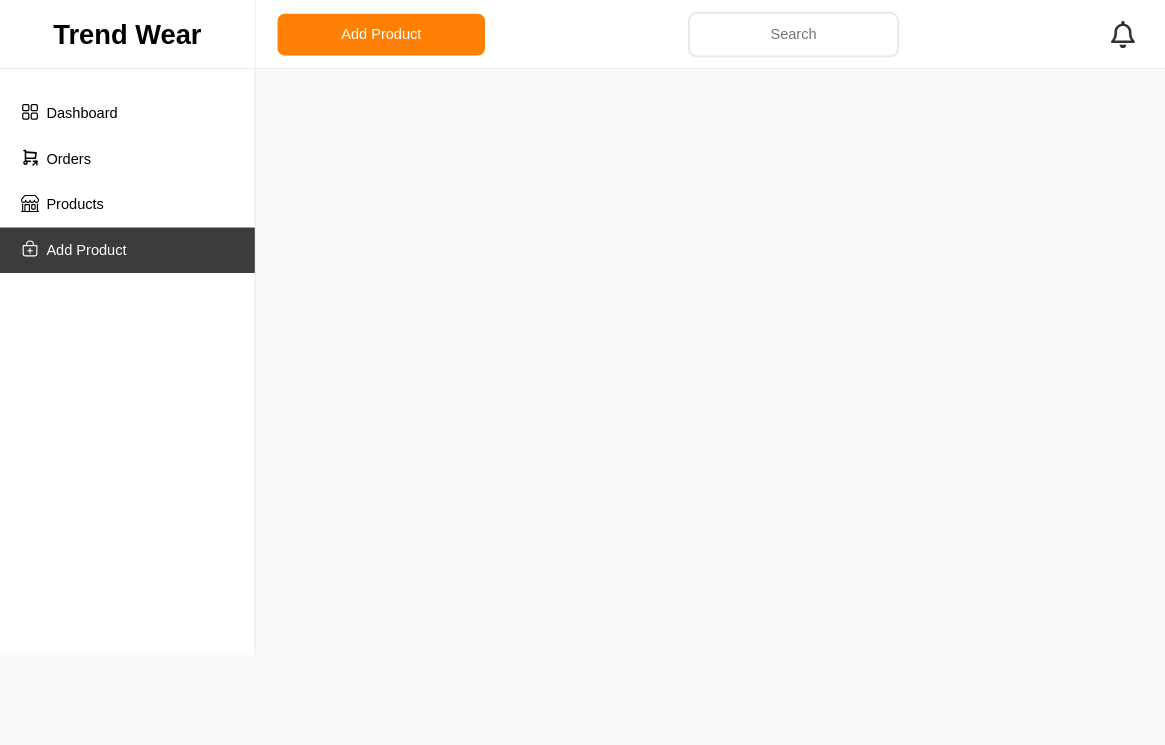
Repository: ahmad-dev7/TrendWear
Page: / (app in trend_wear_dashboard/), after clicking the first element matching `#sidebar-content > :nth-child(4)`
An editor plug-in stored every save of this project. The page is shown before and after the next save, followed by the edit.
The browser window is 1280 px wide. The pictures show the whole page, at 91% of full size.
The project was rebuilt for these pictures with package versions that can differ from the ones it lists, and the page was loaded fresh each time. Also part of the build but not shown: trend_wear_dashboard/vite.config.ts.

Above is the page before, as saved 2025-01-20 20:14:09.

### trend_wear_dashboard/index.html
<!doctype html>
<html lang="en">

<head>
  <meta charset="UTF-8" />
  <link rel="icon" type="image/svg+xml" href="/vite.svg" />
  <meta name="viewport" content="width=device-width, initial-scale=1.0" />
  <title>Trend Wear</title>
</head>

<body>
  <div id="root"></div>
  <script type="module" src="/src/main.tsx"></script>
</body>

</html>

### trend_wear_dashboard/src/main.tsx
import { StrictMode } from "react";
import { createRoot } from "react-dom/client";
//import "bootstrap/dist/css/bootstrap.css";
import "./App.css";
import App from "./App.tsx";

createRoot(document.getElementById("root")!).render(
  <StrictMode>
    <App />
  </StrictMode>
);

### trend_wear_dashboard/src/App.css
body {
    background-color: #F9FAFB;
    padding: 0;
    margin: 0;
    border-color: #e5e7eb;
    font-family: Arial, Helvetica, sans-serif;

}

#parent {
    display: flex;
}

### trend_wear_dashboard/src/App.tsx
import { useState } from "react";
import Body from "./Components/Body/Body";
import Navbar from "./Components/Navbar/Navbar";
import Sidebar from "./Components/Sidebar/Sidebar";
import AddProducts from "./Components/AddProduct/AddProduct";
import Dashboard from "./Components/Dashboard/Dashboard";
//import Dashboard from "./Components/Dashboard/Dashboard";

function App() {
  const [body, setBody] = useState("Dashboard");

  console.log(body);

  return (
    <div id="parent">
      <Sidebar onSelectTab={setBody} />
      <div style={{ flex: 1 }}>
        <Navbar />
        <Body>
          {body === "Dashboard" && <Dashboard />}
          {body === "Add Products" && <AddProducts />}
        </Body>
      </div>
    </div>
  );
}

export default App;

### trend_wear_dashboard/src/Components/Body/Body.tsx
// Body.tsx
import "./Body.css";

interface Props {
  children: React.ReactNode;
}

const Body = ({ children }: Props) => {
  return <div id="body-content">{children}</div>;
};

export default Body;

### trend_wear_dashboard/src/Components/Navbar/Navbar.tsx
import "./Navbar.css";
import { FaRegBell } from "react-icons/fa6";

const Navbar = () => {
  return (
    <div>
      <div id="top-navbar">
        <div className="nav-item add-product-button">Add Product</div>
        <input className="nav-item" placeholder="Search" type="text" />
        <FaRegBell className="nav-item icon"></FaRegBell>
      </div>
    </div>
  );
};

export default Navbar;

### trend_wear_dashboard/src/Components/Sidebar/Sidebar.tsx
import "./Sidebar.css";
import { RxDashboard } from "react-icons/rx";
import { TbShoppingCartShare } from "react-icons/tb";
import { BsShop } from "react-icons/bs";
import { IoBagAddOutline } from "react-icons/io5";
import { useState } from "react";

interface Props {
  onSelectTab: (tab: string) => void;
}

interface Tabs {
  icon: JSX.Element;
  label: string;
}

const Sidebar = ({ onSelectTab }: Props) => {
  const tabs: Tabs[] = [
    { label: "Dashboard", icon: <RxDashboard size={20} /> },
    { label: "Orders", icon: <TbShoppingCartShare size={20} /> },
    { label: "Products", icon: <BsShop size={20} /> },
    { label: "Add Product", icon: <IoBagAddOutline size={20} /> },
  ];

  const [active, setTab] = useState("Dashboard");

  return (
    <div id="layout">
      <div id="sidebar">
        <div className="header">Trend Wear</div>
        <ul id="sidebar-content">
          {tabs.map((tab) => (
            <li
              key={tab.label}
              className={"tab " + (tab.label == active && "active")}
              onClick={() => {
                setTab(tab.label);
                onSelectTab(tab.label);
              }}
            >
              <div className="icon">{tab.icon}</div>
              <div className="label">{tab.label}</div>
            </li>
          ))}
        </ul>
      </div>
    </div>
  );
};

export default Sidebar;

### trend_wear_dashboard/src/Components/Dashboard/Dashboard.tsx
import "./Dashboard.css";

const Dashboard = () => {
  return <div className="parent">Hello I am Dashboard</div>;
};

export default Dashboard;

### trend_wear_dashboard/src/Components/Body/Body.css
#body-content {
    display: flex;
    flex-direction: column;
    margin: 24px;
    /* To make content body at center */
    top: 75px;
    left: 280px;
    position: relative;
    max-width: calc(100% - (280px + 48px));
    /* To make content body at center */
    height: 100vh;
    width: calc(100% - 48px);
    box-sizing: border-box;
}

### trend_wear_dashboard/src/Components/Navbar/Navbar.css
#top-navbar {
    display: flex;
    justify-content: space-between;
    align-items: center;
    /* padding: 0 24px; */
    background-color: white;
    height: 75px;
    width: calc(100% - 280px);
    left: 281px;
    position: fixed;
    z-index: 1;
    border-bottom: 1px solid #e5e7eb;
}

.nav-item {
    font-size: 16px;
    color: #333;
    text-align: center;
    width: 200px;
    border-radius: 8px;
    padding: 14px;
    text-decoration: none;
}

.add-product-button {
    color: white;
    margin-left: 24px;
    background-color: #ff8005;
}

#top-navbar input {
    border: none;
    outline: 2px solid #e5e7eb;
    flex-grow: 1;
    max-width: 200px;
}

#top-navbar .icon {
    height: 30px;
    width: 30px;
    margin-right: 24px;
}

### trend_wear_dashboard/src/Components/Sidebar/Sidebar.css
/* Sidebar.css */
#sidebar {
    background-color: white;
    width: 280px;
    height: 100vh;
    position: fixed;
    border-right: 1px solid #e5e7eb;
}

#sidebar .header {
    display: flex;
    justify-content: center;
    align-items: center;
    height: 75px;
    font-size: 30px;
    font-weight: bold;
    background-color: white;
    text-align: center;
    border-bottom: 1px solid #e5e7eb;
}

#sidebar-content {
    list-style-type: none;
    margin-top: 24px;
    padding: 0;
    cursor: pointer;
}

#sidebar-content .tab {
    height: 50px;
    color: black;
    display: flex;
    align-items: center;
    padding-left: 15px;
}

.icon {
    padding: 8px;
}

#sidebar-content .active {
    background-color: #3c3c3c;
    color: white;
}

#sidebar-content .tab:hover:not(.active) {
    background-color: #e5e7eb;
}

### trend_wear_dashboard/src/Components/AddProduct/AddProduct.tsx
import "./AddProduct.css";
import ProductDetails from "./ProductDetails";
import ProductPreview from "./ProductPreview";
const AddProduct = () => {
  return (
    <div className="parent">
      <div className="child details-container">
        <ProductDetails />
      </div>

      <div className="child preview-container">
        <ProductPreview />
      </div>
    </div>
  );
};

export default AddProduct;

### trend_wear_dashboard/src/Components/AddProduct/AddProduct.css
/* AddProduct.css */
.parent {
    display: flex;
    width: 100%;
    gap: 24px;
    box-sizing: border-box;
}

.child {
    flex: 1;
    text-align: center;
    background-color: white;
    border: 1px solid #e5e7eb;
    border-radius: 8px;
}

.preview-container {
    height: 300px5
}

#submit-product-button {
    padding: 14px;
    height: 35px;
    background-color: #ff8005;
    justify-content: center;
    align-items: center;
    display: flex;
    font-size: 20px;
    text-align: center;
    color: white;
    border-radius: 8px;
}

### trend_wear_dashboard/src/Components/AddProduct/ProductDetails.tsx
import "./ProductDetails.css";
import Spacer from "../../Constants/Spacer";
import DetailsSectionContainer from "../../Constants/ProductDetailSection/DetailsSectionContainer";
import LabeledInputField from "../../Constants/LabeledInputField/LabeledInputField";
import LabeledTextArea from "../../Constants/LabeledInputField/LabeledTextarea";
import AddImage from "../../Constants/AddImage/AddImage";

const ProductDetails = () => {
  return (
    <>
      <div className="product-detail-container">
        <DetailsSectionContainer heading="Base Information">
          <LabeledInputField>Title</LabeledInputField>
          <Spacer height="24px" />
          <LabeledTextArea>Description</LabeledTextArea>
        </DetailsSectionContainer>
        <Spacer height="24px" />

        <DetailsSectionContainer heading="Pictures">
          <AddImage />
        </DetailsSectionContainer>
        <Spacer height="24px" />
        <DetailsSectionContainer heading="Details">
          <LabeledInputField placeHolder="₹">Price</LabeledInputField>
          <Spacer height="24px" />
          <LabeledInputField>Size</LabeledInputField>
        </DetailsSectionContainer>

        <Spacer height="24px" />
        <DetailsSectionContainer heading="Brand">
          <LabeledInputField>Name</LabeledInputField>
          <Spacer height="24px" />
          <LabeledInputField>Logo Url</LabeledInputField>
        </DetailsSectionContainer>
        <Spacer height="24px" />
        <div id="submit-product-button">Add Product</div>
      </div>
    </>
  );
};

export default ProductDetails;

### trend_wear_dashboard/src/Components/AddProduct/ProductPreview.tsx
const ProductPreview = () => {
  return <div> </div>;
};

export default ProductPreview;

### trend_wear_dashboard/src/Components/Dashboard/Dashboard.css
.parent {
    height: 400px;
    background-color: red;
}

### trend_wear_dashboard/src/Components/AddProduct/ProductDetails.css
.product-detail-container {
    margin: 0px;
    padding: 24px;
    text-align: start;
}

/* Parent container to hold the items in a row */
.picture-container-parent {
    display: flex;
    /* Enable flexbox */
    justify-content: space-between;
    /* Optional: space between items, adjust as needed */
    gap: 16px;
    /* Optional: adds space between items */
}

/* Style for each img-container */
.img-container {
    flex: 1;
    /* Adjust width as needed */
    height: 100px;
    /* Adjust height as needed */
    background-color: #e5e7eb;
    /* Optional: background color */
    border-radius: 8px;
    display: flex;
    align-items: center;
    text-align: center;
    justify-content: center;
}

.picture-container-parent .add-more {
    border: dashed 2px #e5e7eb;

}

### trend_wear_dashboard/src/Constants/Spacer.tsx
interface Props {
  height?: string;
  width?: string;
}

const Spacer = ({ height = "0px", width = "0px" }: Props) => {
  return <div style={{ height: height, width: width }}></div>;
};

export default Spacer;

### trend_wear_dashboard/src/Constants/ProductDetailSection/DetailsSectionContainer.tsx
import "./ProductDetailSection.css";

interface Props {
  children: React.ReactNode;
  heading: string;
}

const DetailsSectionContainer = ({ children, heading }: Props) => {
  return (
    <>
      <p id="details-section-container-heading">{heading}</p>
      <div id="details-section-container">{children}</div>
    </>
  );
};

export default DetailsSectionContainer;

### trend_wear_dashboard/src/Constants/LabeledInputField/LabeledInputField.tsx
import "./LabeledInputField.css";
interface Props {
  children: React.ReactNode;
  placeHolder?: string;
}

const LabeledInputField = ({ placeHolder, children }: Props) => {
  return (
    <>
      <p id="input-field-label">{children}</p>

      <input placeholder={placeHolder} id="input-field" type="text" />
    </>
  );
};

export default LabeledInputField;

### trend_wear_dashboard/src/Constants/LabeledInputField/LabeledTextarea.tsx
interface Props {
  children: React.ReactNode;
}

const LabeledTextArea = ({ children }: Props) => {
  return (
    <>
      <p id="input-field-label">{children}</p>
      <textarea id="input-field-textarea" />
    </>
  );
};

export default LabeledTextArea;

### trend_wear_dashboard/src/Constants/AddImage/AddImage.tsx
import React, { useState } from "react";

interface ImagePreview {
  id: string;
  url: string;
}

const AddImage: React.FC = () => {
  const [images, setImages] = useState<ImagePreview[]>([]);

  const handleImageChange = (e: React.ChangeEvent<HTMLInputElement>) => {
    const files = e.target.files;
    if (!files) return;

    const newImages: ImagePreview[] = Array.from(files).map((file) => ({
      id: URL.createObjectURL(file), // Temporary unique identifier
      url: URL.createObjectURL(file),
    }));

    setImages((prevImages) => [...prevImages, ...newImages]);
  };

  const handleRemoveImage = (id: string) => {
    setImages((prevImages) => prevImages.filter((image) => image.id !== id));
  };

  return (
    <div className="picture-container-parent" style={styles.parent}>
      {images.map((image) => (
        <div key={image.id} style={styles.previewContainer}>
          <img src={image.url} alt="preview" style={styles.imagePreview} />
          <button
            onClick={() => handleRemoveImage(image.id)}
            style={styles.removeButton}
          >
            ✕
          </button>
        </div>
      ))}
      <div style={styles.inputContainer}>
        <label style={styles.inputLabel}>
          Select Image
          <input
            type="file"
            accept="image/*"
            multiple
            onChange={handleImageChange}
            style={styles.input}
          />
        </label>
      </div>
    </div>
  );
};

const styles = {
  parent: {
    display: "flex",
    flexWrap: "wrap",
    gap: "10px", // Gap between the items
    alignItems: "center",
    justifyContent: "flex-start", // Align items to the start of the row
  },
  inputContainer: {
    width: "100%",
    height: "40px",
    backgroundColor: "#F9FAFB",
    border: "3px dashed #e5e7eb",
    borderRadius: "5px",
    display: "flex",
    justifyContent: "center",
    alignItems: "center",
    cursor: "pointer",
    position: "relative",
  },
  inputLabel: {
    width: "100%",
    height: "100%",
    display: "flex",
    justifyContent: "center",
    alignItems: "center",
    color: "#666",
    fontWeight: "bold",
  },
  input: {
    position: "absolute",
    opacity: 0,
    width: "100%",
    height: "100%",
    cursor: "pointer",
  },
  previewContainer: {
    position: "relative",
    width: "90px",
    height: "50px",
  },
  imagePreview: {
    width: "100%",
    height: "100%",
    objectFit: "cover",
    borderRadius: "5px",
    border: "1px solid #ccc",
  },
  removeButton: {
    position: "absolute",
    top: "-5px",
    right: "-5px",
    background: "#f00",
    color: "#fff",
    border: "none",
    borderRadius: "50%",
    width: "20px",
    height: "20px",
    cursor: "pointer",
    fontSize: "12px",
    display: "flex",
    justifyContent: "center",
    alignItems: "center",
  },
} as const;

export default AddImage;

### trend_wear_dashboard/src/Constants/ProductDetailSection/ProductDetailSection.css
#details-section-container-heading {
    margin: 0px;
    margin-bottom: 6px;
    font-size: 20px;
    font-weight: 700;
}

#details-section-container {
    border: 1px solid #e5e7eb;
    padding: 15px;
    background-color: white;
    border-radius: 8px;
}

### trend_wear_dashboard/src/Constants/LabeledInputField/LabeledInputField.css
#input-field-label {
    margin: 0px;
    font-size: 17px;
    font-weight: 500;
    margin-bottom: 5px;
}

#input-field,
#input-field-textarea {
    border: none;
    outline: none;
    width: calc(100% - 15px);
    height: 40px;
    font-size: 20px;
    border-radius: 8px;
    padding-left: 12px;
    background-color: #F9FAFB;
}

#input-field-textarea {
    height: 60px;
    padding: 12px;
}

After the next save:
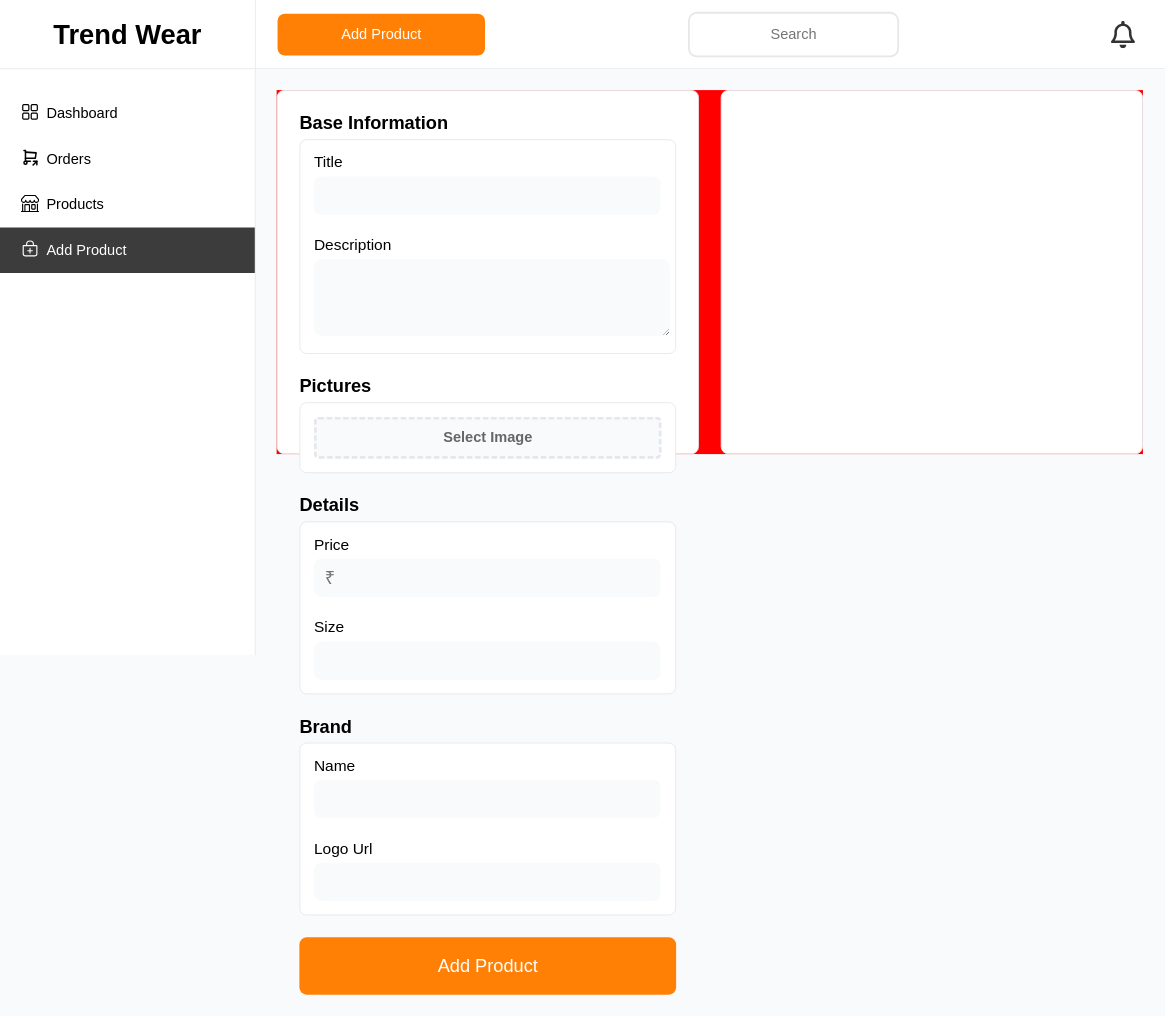
Saved 21 s later.
--- a/trend_wear_dashboard/src/App.tsx
+++ b/trend_wear_dashboard/src/App.tsx
@@ -18,7 +18,7 @@ function App() {
         <Navbar />
         <Body>
           {body === "Dashboard" && <Dashboard />}
-          {body === "Add Products" && <AddProducts />}
+          {body === "Add Product" && <AddProducts />}
         </Body>
       </div>
     </div>
